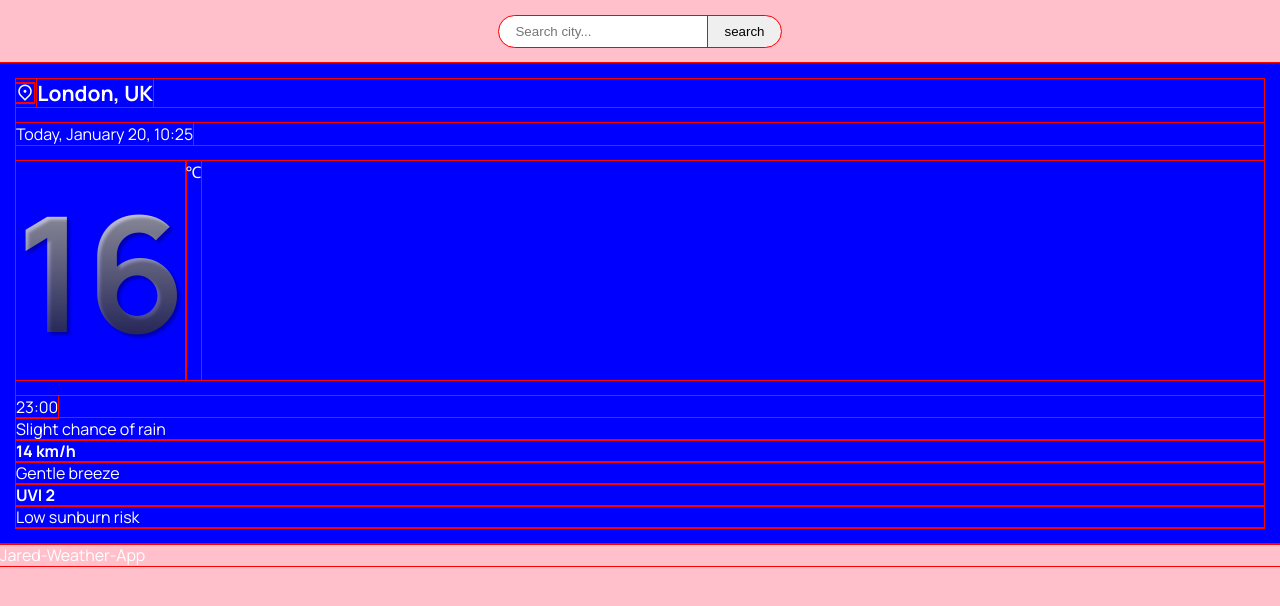
Repository: EguJaredoBoyd/Jared-Weather-App
Page: main.html
These files come from the project's save history. The page is drawn as it stood at one moment and after the next save; the edit follows.
The browser window is 1280 px wide. The pictures show the whole page.
Some web libraries are served in a nearby version.

Above is the page before, as saved 2026-01-22 01:35:07.

After the next save:
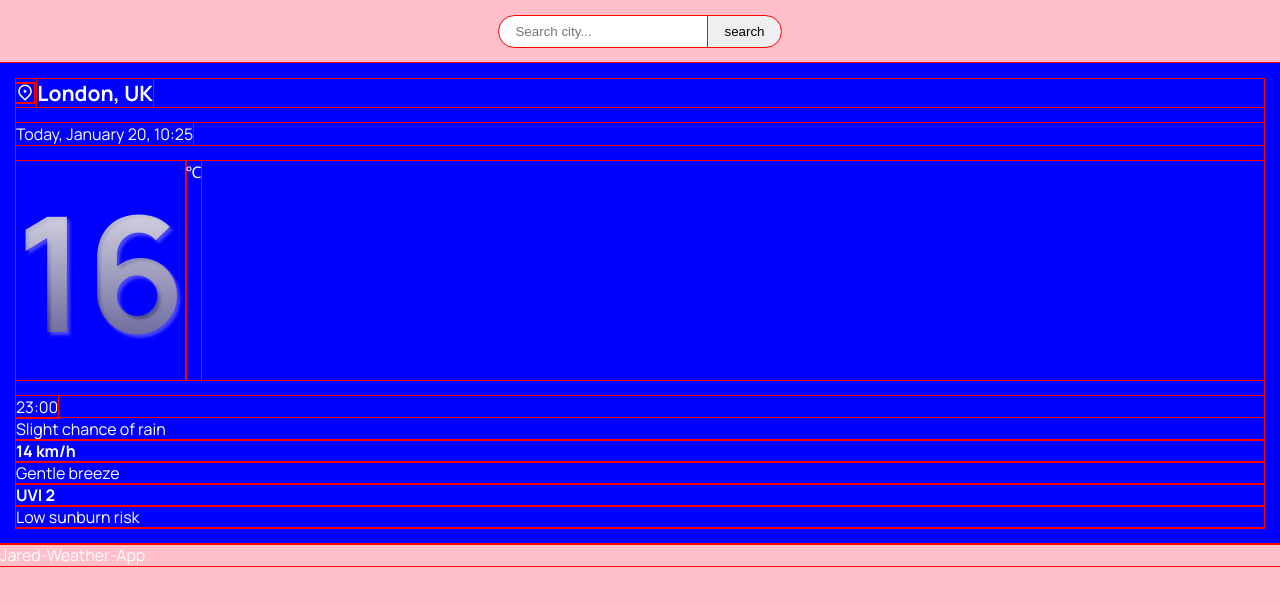
Saved 23 s later.
--- a/css/styles.css
+++ b/css/styles.css
@@ -80,5 +80,5 @@ main {
   -webkit-background-clip: text;
   background-clip: text;
   -webkit-text-fill-color: transparent;
-  text-shadow: 3px 3px 3px rgba(0, 0, 0, 0.3);
+  text-shadow: 3px 3px 3px rgba(243, 235, 235, 0.3);
 }
